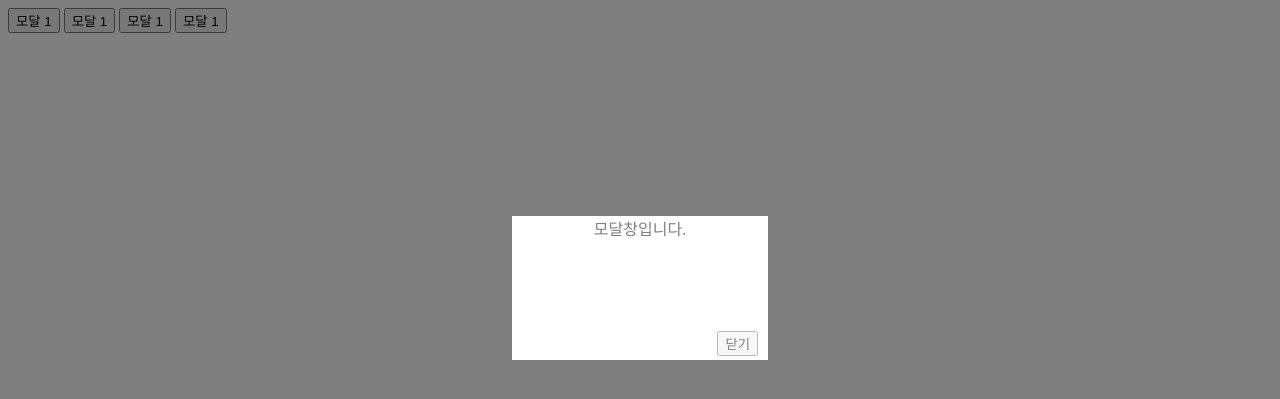
Repository: leetaehyeon123/SpringBaseSources
Page: http://localhost/modal/
An editor plug-in stored every save of this project. The page is shown before and after the next save, followed by the edit.
The browser window is 1280 px wide. The pictures show the whole page.
The page is served by Tomcat 9.

Above is the page before, as saved 2020-09-01 02:33:20.

After the next save:
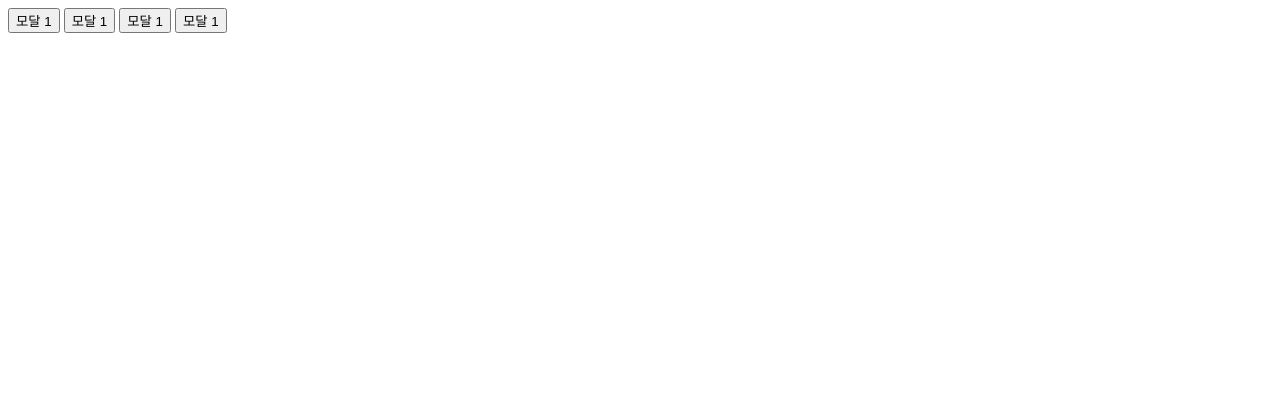
Saved 8 s later.
--- a/모달창 소스코드/modal/modal/src/main/webapp/WEB-INF/views/modal.jsp
+++ b/모달창 소스코드/modal/modal/src/main/webapp/WEB-INF/views/modal.jsp
@@ -26,7 +26,7 @@ function c(idx){
 
 
 
-	<div class="modal1,modal"  style="width: 100% ; height: 100vh ; background-color: black; position: fixed; left: 0px; top:0px; opacity: 0.5; display: block;">
+	<div class="modal1,modal"  style="width: 100% ; height: 100vh ; background-color: black; position: fixed; left: 0px; top:0px; opacity: 0.5; display: none;">
 		<div class="modal1Div" style="width: 20%; height: 20vh; background-color: white; margin: 30vh auto; ">
 				<div	 style="height: 80%; width: 100%; text-align: center;">
 							<p>모달창입니다.</p>
